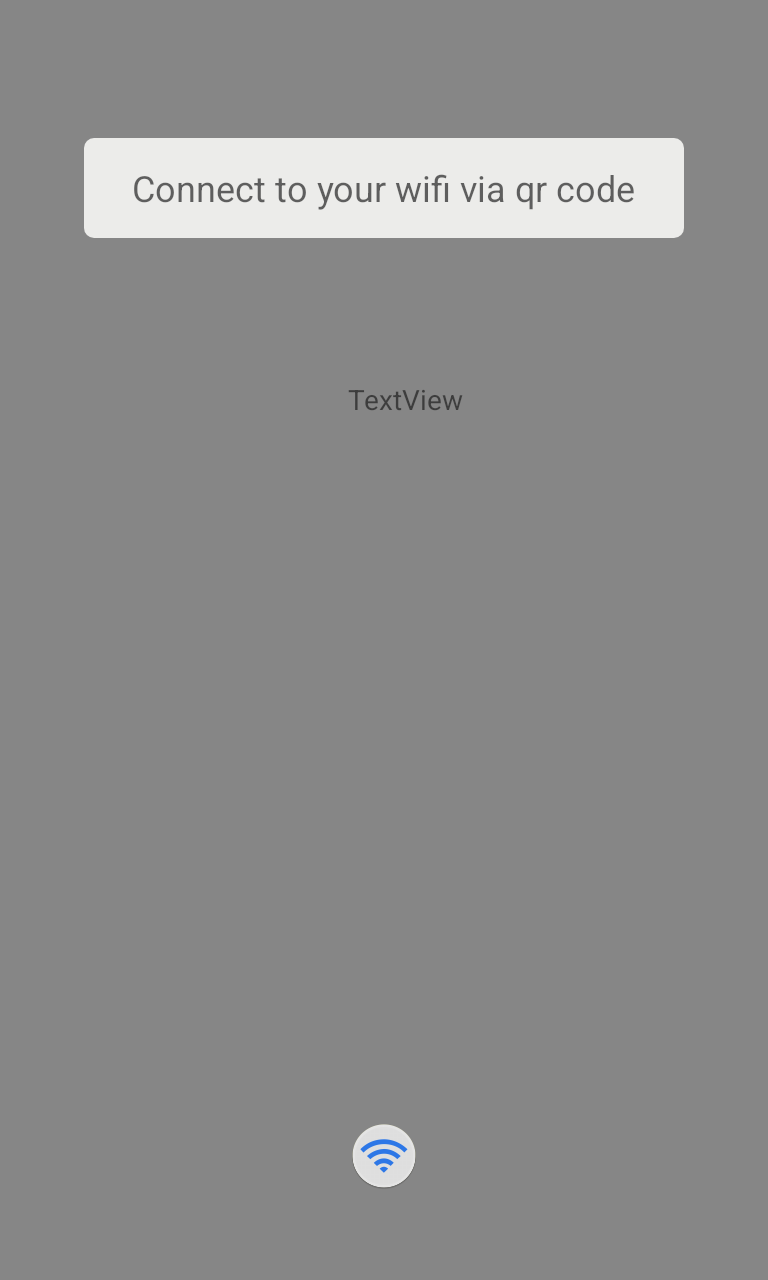
Repository: Kitsopappas/Qr-Fidelity
Layout: QrFidelity/res/layout/activity_main.xml
The author's editor kept a copy of each file at every save. The layout is drawn from the files as they stood at one save, then again after the next save.
It is drawn on a 768 x 1280 px phone screen (xhdpi) without system bars, with theme AppTheme; the app's code is not run.

Above is the layout before, as saved 2015-02-22 02:46:17.

### QrFidelity/res/layout/activity_main.xml
<RelativeLayout xmlns:android="http://schemas.android.com/apk/res/android"
    xmlns:tools="http://schemas.android.com/tools"
    android:layout_width="match_parent"
    android:layout_height="match_parent"
    android:background="#868686"
    tools:context="com.chris.wifique.MainActivity" >

    <RelativeLayout
        android:id="@+id/relativeLayout1"
        android:layout_width="300dp"
        android:layout_height="50dp"
        android:layout_alignParentTop="true"
        android:layout_centerHorizontal="true"
        android:layout_marginTop="69dp"
        android:background="@drawable/rounded_panel" >

        <TextView
            android:id="@+id/textView1"
            android:layout_width="wrap_content"
            android:layout_height="wrap_content"
            android:layout_centerHorizontal="true"
            android:layout_centerVertical="true"
            android:text="@string/scann_to_con"
            android:textAppearance="?android:attr/textAppearanceMedium" />
    </RelativeLayout>

    <ImageButton
        android:id="@+id/connect"
        android:layout_width="wrap_content"
        android:layout_height="wrap_content"
        android:layout_alignParentBottom="true"
        android:layout_centerHorizontal="true"
        android:layout_marginBottom="44dp"
        android:background="#00000000"
        android:contentDescription="@string/connect"
        android:src="@drawable/ic"
        android:text="@string/connect"
        android:textColor="#ececea" />

    <TextView
        android:id="@+id/test"
        android:layout_width="wrap_content"
        android:layout_height="wrap_content"
        android:layout_alignLeft="@+id/connect"
        android:layout_below="@+id/relativeLayout1"
        android:layout_marginTop="71dp"
        android:text="TextView" />

</RelativeLayout>

### QrFidelity/res/drawable/rounded_panel.xml
<?xml version="1.0" encoding="utf-8"?>
<shape xmlns:android="http://schemas.android.com/apk/res/android"
    android:shape="rectangle" >
  <item>
        <shape android:shape="rectangle">
            <solid android:color="#ececea"/>
            <corners android:radius="2dp" />
        </shape>
    </item>
    <!-- view background color -->
    <solid android:color="#ececea" >
    </solid>


    <!-- If you want to add some padding -->
    <padding
        android:bottom="4dp"
        android:left="4dp"
        android:right="4dp"
        android:top="4dp" >
    </padding>

    <!-- Here is the corner radius -->
    <corners android:radius="5dp" >
    </corners>

</shape>

### QrFidelity/res/values/strings.xml
<?xml version="1.0" encoding="utf-8"?>
<resources>

    <string name="app_name">Qr Fidelity</string>
    <string name="hello_world">Hello world!</string>
    <string name="action_settings">Settings</string>
    <string name="connect">Connect</string>
    <string name="scann_to_con">Connect to your wifi via qr code</string>
    <string name="title_activity_generate_qr">GenerateQR</string>


    <string name="drawer_open">Slider Menu Opened</string>
    <string name="drawer_close">Slider Menu Closed</string>

    <!-- Nav Drawer Menu Items -->
    <string-array name="nav_drawer_items">
        <item >Home</item>
        <item >Find People</item>
        <item >Photos</item>
        <item >Communities</item>
        <item >Pages</item>
        <item >What\'s Hot</item>
    </string-array>

    <!-- Nav Drawer List Item Icons -->
    <!-- Keep them in order as the titles are in -->
    <array name="nav_drawer_icons">
        <item>@drawable/ic_home</item>
        <item>@drawable/ic_people</item>
        <item>@drawable/ic_photos</item>
        <item>@drawable/ic_communities</item>
        <item>@drawable/ic_pages</item>
        <item>@drawable/ic_whats_hot</item>
    </array>

    <!-- Content Description -->
    <string name="desc_list_item_icon">Item Icon</string>


</resources>

Loaded but not shown: QrFidelity/res/values/styles.xml (common file); QrFidelity/res/values-v11/styles.xml (common file); QrFidelity/res/values-v14/styles.xml (common file)

After the next save:
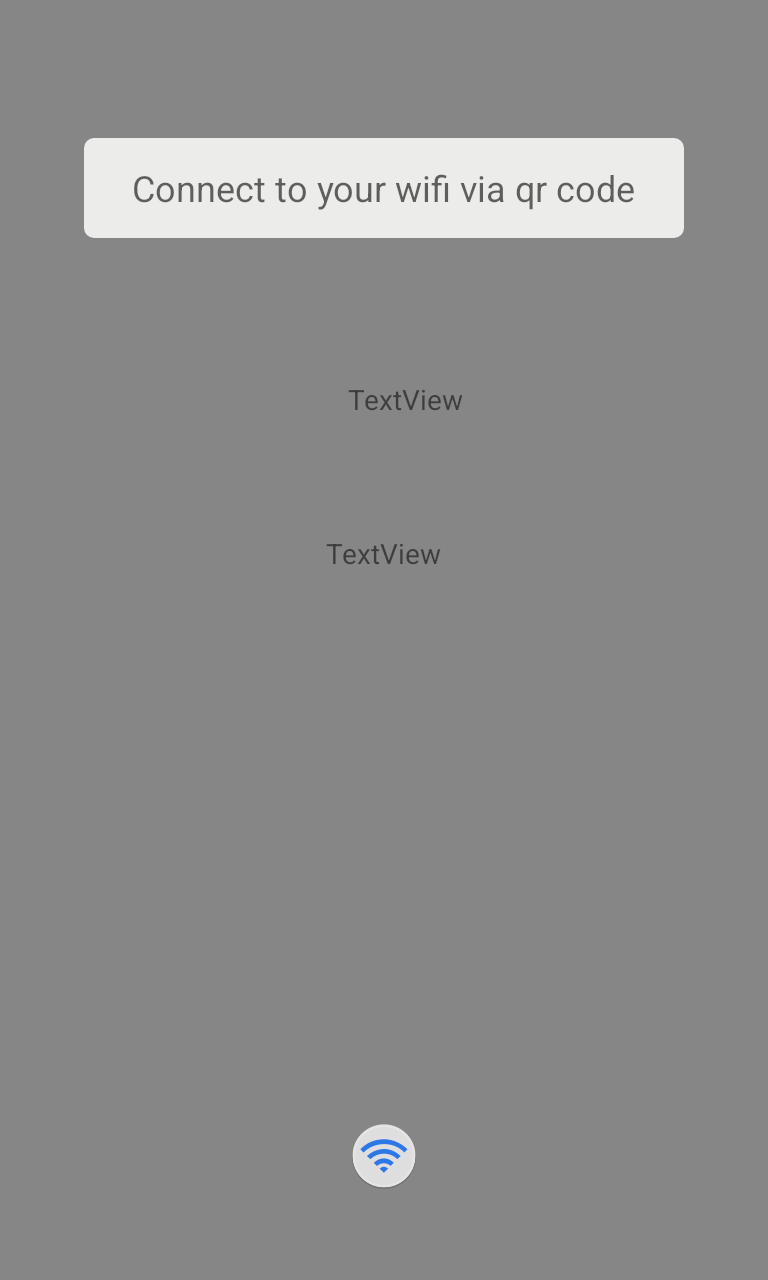
Saved 3 min 19 s later.
--- a/QrFidelity/res/layout/activity_main.xml
+++ b/QrFidelity/res/layout/activity_main.xml
@@ -46,4 +46,13 @@
         android:layout_marginTop="71dp"
         android:text="TextView" />
 
+    <TextView
+        android:id="@+id/textView2"
+        android:layout_width="wrap_content"
+        android:layout_height="wrap_content"
+        android:layout_below="@+id/test"
+        android:layout_centerHorizontal="true"
+        android:layout_marginTop="58dp"
+        android:text="TextView" />
+
 </RelativeLayout>
